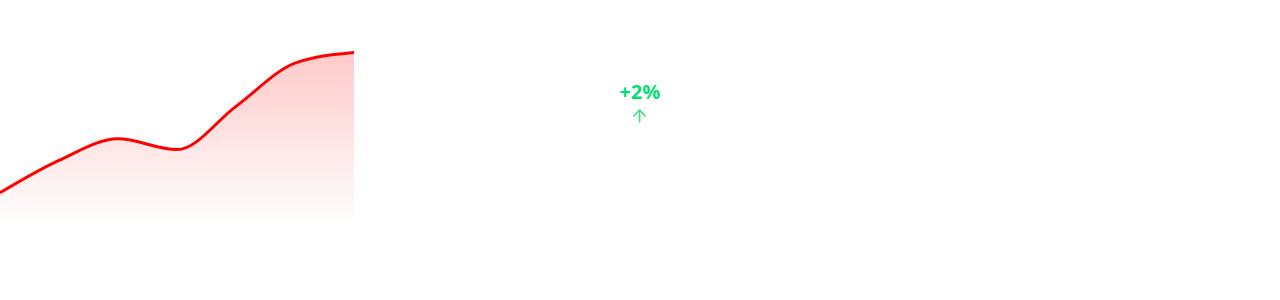
Repository: SharonSebastian32/reacharts
Page: /
These files come from the project's save history. The page is drawn as it stood at one moment and after the next save; the edit follows.
The browser window is 1280 px wide. The pictures show the whole page.
The project was rebuilt for these pictures with package versions that can differ from the ones it lists, and the page was loaded fresh each time. Also part of the build but not shown: vite.config.js.

Above is the page before, as saved 2025-03-20 22:51:32.

After the next save:
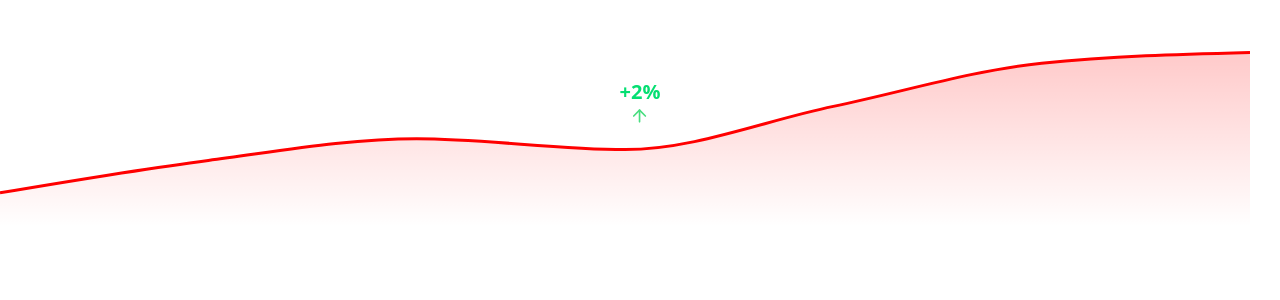
Saved 21 s later.
--- a/src/Components/CurveGraph.jsx
+++ b/src/Components/CurveGraph.jsx
@@ -15,7 +15,7 @@ const GrowthGraph = () => {
 
   return (
     <div className="w-full h-64 bg-white relative">
-      <ResponsiveContainer width="30%" height="100%">
+      <ResponsiveContainer width="100%" height="100%">
         <AreaChart
           data={data}
           margin={{ top: 20, right: 30, left: 0, bottom: 20 }}
